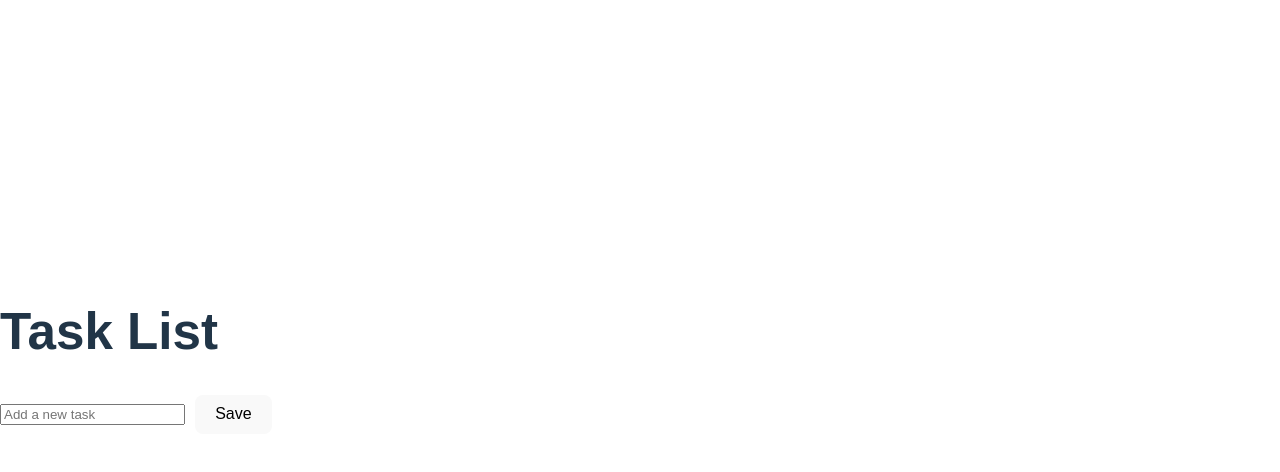
Repository: lpcmendoza/frontend-lab4
Page: /
The author's editor kept a copy of each file at every save. The page is drawn from the files as they stood at one save, then again after the next save.
The browser window is 1280 px wide. The pictures show the whole page.
The project was rebuilt for these pictures with package versions that can differ from the ones it lists, and the page was loaded fresh each time. Also part of the build but not shown: vite.config.js.

Above is the page before, as saved 2024-10-19 18:49:46.

### src/App.jsx
import React from 'react';
import TaskList from './components/TaskList';
import styles from './App.css'
const App = () => {
    return (
        <div>
            <TaskList />
        </div>
    );
};

export default App;

### src/components/TaskList.jsx
import React, { useState, useEffect } from 'react';

const TaskList = () => {
    const [tasks, setTasks] = useState([]);
    const [inputValue, setInputValue] = useState('');

    // Load tasks from local storage when the component mounts
    useEffect(() => {
        const savedTasks = localStorage.getItem('tasks');
        if (savedTasks) {
            setTasks(JSON.parse(savedTasks));
        }
    }, []);

    // Save tasks to local storage whenever they change
    useEffect(() => {
        localStorage.setItem('tasks', JSON.stringify(tasks));
    }, [tasks]);

    const addTask = () => {
        if (inputValue.trim() !== '') {
            setTasks([...tasks, { text: inputValue, completed: false }]);
            setInputValue(''); // Clear input after adding task
        }
    };

    const toggleTaskCompletion = (index) => {
        const updatedTasks = tasks.map((task, i) =>
            i === index ? { ...task, completed: !task.completed } : task
        );
        setTasks(updatedTasks);
    };

    const removeTask = (index) => {
        const updatedTasks = tasks.filter((_, i) => i !== index);
        setTasks(updatedTasks);
    };

    return (
        <div>
            <h1>Task List</h1>
            <input
                type="text"
                value={inputValue}
                onChange={(e) => setInputValue(e.target.value)}
                placeholder="Add a new task"
            />
            <button onClick={addTask}>Save</button>

            <ul style={{ listStyleType: 'none', padding: 0 }}>
                {tasks.map((task, index) => (
                    <li key={index} style={{ display: 'flex', alignItems: 'center' }}>
                        <input
                            type="checkbox"
                            checked={task.completed}
                            onChange={() => toggleTaskCompletion(index)}
                            style={{ marginRight: '10px' }}
                        />
                        <span
                            style={{
                                textDecoration: task.completed ? 'line-through' : 'none',
                                flexGrow: 1, // Make the span take up available space
                            }}
                        >
                            {task.text}
                        </span>
                        <button onClick={() => removeTask(index)}>Remove</button>
                    </li>
                ))}
            </ul>
        </div>
    );
};

export default TaskList;

### src/App.css
body {
  font-family: Arial, sans-serif;
  margin: 20px;
  align-self: center;
}

ul {
  list-style-type: none;
  padding: 0;
}

li {
  margin: 10px 0;
  display: flex;
  align-items: center;
}

button {
  margin-left: 10px;
}

Loaded but not shown: index.html (common file); src/main.jsx (common file); src/index.css (common file)

After the next save:
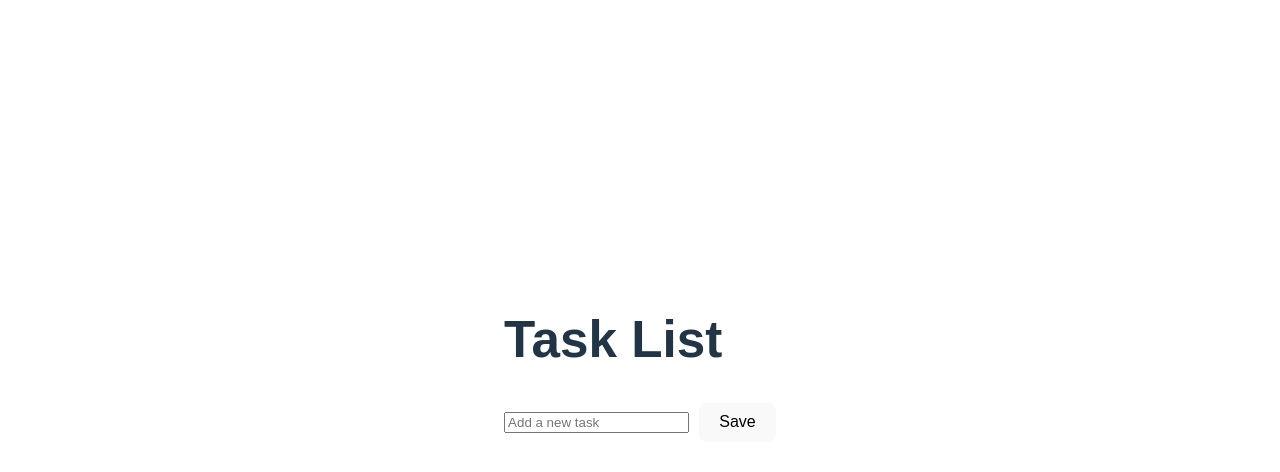
Saved 5 min 59 s later.
--- a/src/App.css
+++ b/src/App.css
@@ -1,20 +1,36 @@
+/* App.css */
+
 body {
   font-family: Arial, sans-serif;
-  margin: 20px;
-  align-self: center;
+  margin: 0; /* Remove default margin */
+  height: 100vh; /* Make body full height */
+  display: flex; /* Use flexbox */
+  justify-content: center; /* Center horizontally */
+  align-items: center; /* Center vertically */
+}
+
+.container {
+  text-align: center; /* Center text inside the container */
+  width: 100%; /* Full width for the container */
+  max-width: 400px; /* Set a maximum width for the task list */
+  padding: 20px; /* Add some padding */
+  box-shadow: 0 0 10px rgba(0, 0, 0, 0.1); /* Optional: Add some shadow for aesthetics */
+  border-radius: 8px; /* Optional: Rounded corners */
+  background-color: #fff; /* Optional: White background for better contrast */
 }
 
 ul {
-  list-style-type: none;
-  padding: 0;
+  list-style-type: none; /* Remove bullet points */
+  padding: 0; /* Remove padding */
+  margin: 0; /* Remove margin */
 }
 
 li {
-  margin: 10px 0;
-  display: flex;
-  align-items: center;
+  display: flex; /* Use flexbox to align items */
+  align-items: center; /* Center vertically */
+  margin: 10px 0; /* Space between tasks */
 }
 
 button {
-  margin-left: 10px;
+  margin-left: 10px; /* Space between checkbox and button */
 }
